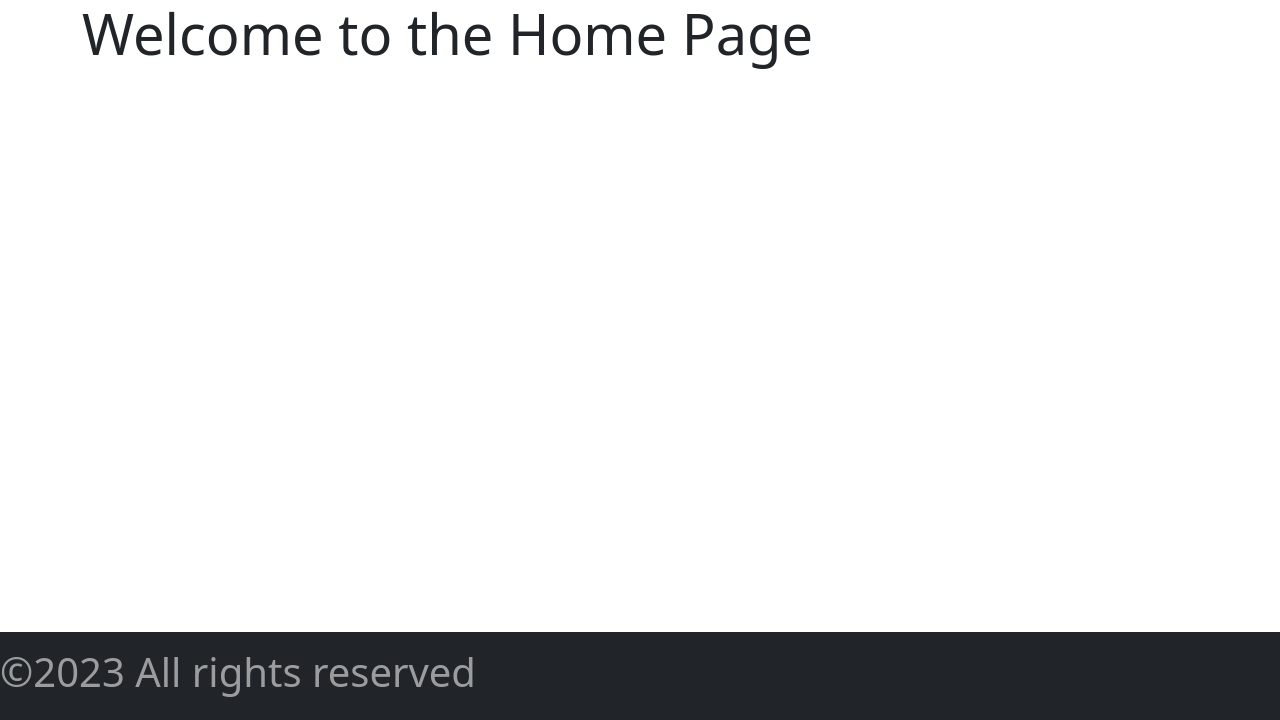
Repository: kaletejas/COMP229_Portfolio
Page: http://localhost/
An editor plug-in stored every save of this project. The page is shown before and after the next save, followed by the edit.
The browser window is 1280 px wide. The pictures show the whole page.
The page is served by the project's Node server (server.js). Other server files are loaded and not shown.

Above is the page before, as saved 2023-01-25 21:57:06.

### WEEK3/views/index.ejs
<%-include partials/header.ejs%>
  <!--Main nav Navigation-->

<main class="container">
  <div class="jumbotron">
    <h1 class="display-4">Welcome to the <%= title %> Page</h1>
  </main>

  <footer>
   <nav class="navbar fixed-bottom navbar-dark bg-dark">
    <h1 class="display-6 navbar-text">&copy;2023 All rights reserved</h1>

  </div>
</nav>
    <footer>

  <!--script section-->

  <%-include partials/footer.ejs%>

### WEEK3/views/partials/header.ejs
<!DOCTYPE html>
<html lang="en">
<head>
  <meta charset="UTF-8">
  <meta http-equiv="X-UA-Compatible" content="IE=edge">
  <meta name="viewport" content="width=device-width, initial-scale=1.0">
  <title><%= title %></title>
  <!--css section-->
  <link rel="stylesheet" href="/bootstrap/dist/css/bootstrap.min.css"/>
  <link rel="stylesheet" href="/@fortawesome/fontawesome-free/css/all.min.css"/>
  <link rel='stylesheet' href='/Content/app.css' />
</head>
<body>

### WEEK3/views/partials/footer.ejs
<script src="/jquery/dist/jquery.min.js"></script>
  <script src="/bootstrap/dist/js/bootstrap.min.js"></script>
   <script src="/Scripts/app.js"></script>
</body>
</html>

### WEEK3/server.js
#!/usr/bin/env node

/**
 * Module dependencies.
 */

var app = require('./app');
var debug = require('debug')('week3:server');
var http = require('http');

/**
 * Get port from environment and store in Express.
 */

var port = normalizePort(process.env.PORT || '3000');
app.set('port', port);

/**
 * Create HTTP server.
 */

var server = http.createServer(app);

/**
 * Listen on provided port, on all network interfaces.
 */

server.listen(port);
server.on('error', onError);
server.on('listening', onListening);

/**
 * Normalize a port into a number, string, or false.
 */

function normalizePort(val) {
  var port = parseInt(val, 10);

  if (isNaN(port)) {
    // named pipe
    return val;
  }

  if (port >= 0) {
    // port number
    return port;
  }

  return false;
}

/**
 * Event listener for HTTP server "error" event.
 */

function onError(error) {
  if (error.syscall !== 'listen') {
    throw error;
  }

  var bind = typeof port === 'string'
    ? 'Pipe ' + port
    : 'Port ' + port;

  // handle specific listen errors with friendly messages
  switch (error.code) {
    case 'EACCES':
      console.error(bind + ' requires elevated privileges');
      process.exit(1);
      break;
    case 'EADDRINUSE':
      console.error(bind + ' is already in use');
      process.exit(1);
      break;
    default:
      throw error;
  }
}

/**
 * Event listener for HTTP server "listening" event.
 */

function onListening() {
  var addr = server.address();
  var bind = typeof addr === 'string'
    ? 'pipe ' + addr
    : 'port ' + addr.port;
  debug('Listening on ' + bind);
}

### WEEK3/routes/index.js
var express = require('express');
var router = express.Router();

/* GET home page. */
router.get('/', function(req, res, next) {
  res.render('index', { title: 'Home' });
});
router.get('/home', function(req, res, next) {
  res.render('index', { title: 'Home' });
});
router.get('/about', function(req, res, next) {
  res.render('index', { title: 'About' });
});
router.get('/products', function(req, res, next) {
  res.render('index', { title: 'Products' });
});
router.get('/services', function(req, res, next) {
  res.render('index', { title: 'Services' });
});

router.get('/contact', function(req, res, next) {
  res.render('index', { title: 'Contact' });
});

module.exports = router;

### WEEK3/app.js
var createError = require('http-errors');
var express = require('express');
var path = require('path');
var cookieParser = require('cookie-parser');
var logger = require('morgan');

var indexRouter = require('./routes/index');
var usersRouter = require('./routes/users');

var app = express();

// view engine setup
app.set('views', path.join(__dirname, 'views'));
app.set('view engine', 'ejs');

app.use(logger('dev'));
app.use(express.json());
app.use(express.urlencoded({ extended: false }));
app.use(cookieParser());
app.use(express.static(path.join(__dirname, 'public')));
app.use(express.static(path.join(__dirname, 'node_modules')));

app.use('/', indexRouter);
app.use('/users', usersRouter);

// catch 404 and forward to error handler
app.use(function(req, res, next) {
  next(createError(404));
});

// error handler
app.use(function(err, req, res, next) {
  // set locals, only providing error in development
  res.locals.message = err.message;
  res.locals.error = req.app.get('env') === 'development' ? err : {};

  // render the error page
  res.status(err.status || 500);
  res.render('error');
});

module.exports = app;

### WEEK3/public/Content/app.css
/*custom css goes here*/

### WEEK3/public/Scripts/app.js
(function () {
    function start() {
        console.log("App Started...");
    }
    window.addEventListener("load", start);
})();

After the next save:
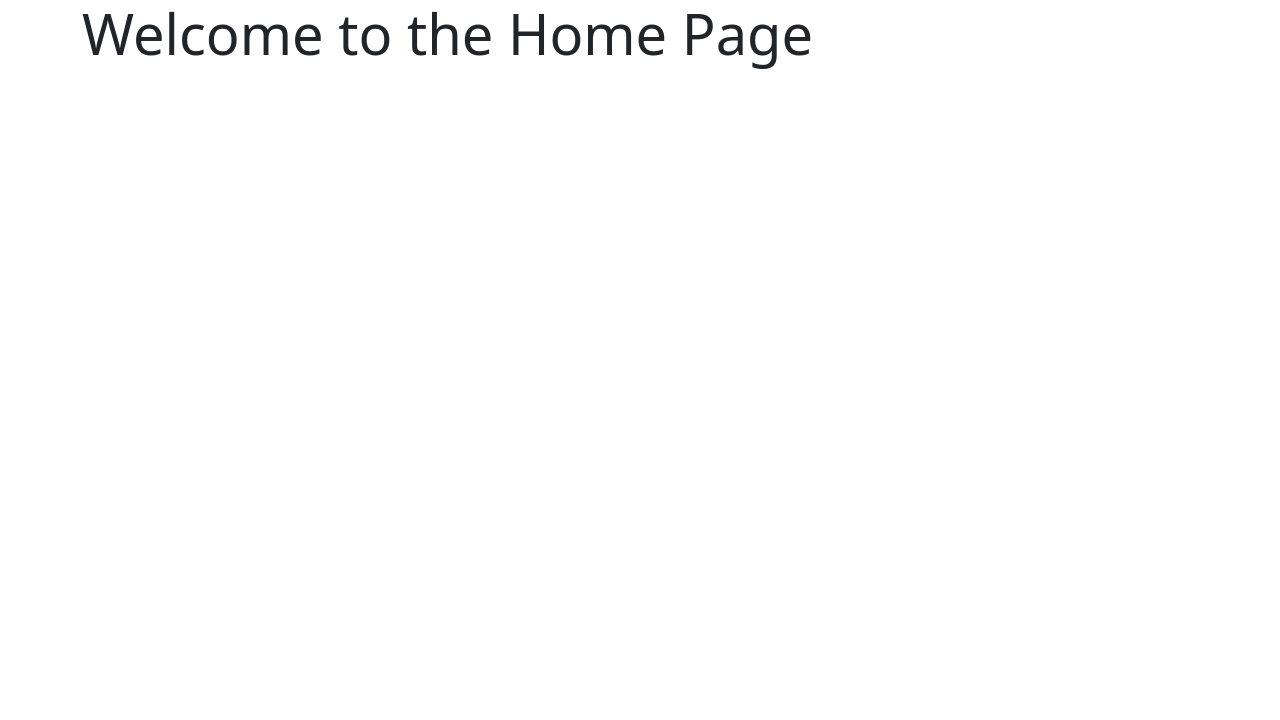
Saved 27 s later.
--- a/WEEK3/views/index.ejs
+++ b/WEEK3/views/index.ejs
@@ -6,13 +6,7 @@
     <h1 class="display-4">Welcome to the <%= title %> Page</h1>
   </main>
 
-  <footer>
-   <nav class="navbar fixed-bottom navbar-dark bg-dark">
-    <h1 class="display-6 navbar-text">&copy;2023 All rights reserved</h1>
 
-  </div>
-</nav>
-    <footer>
 
   <!--script section-->
 
